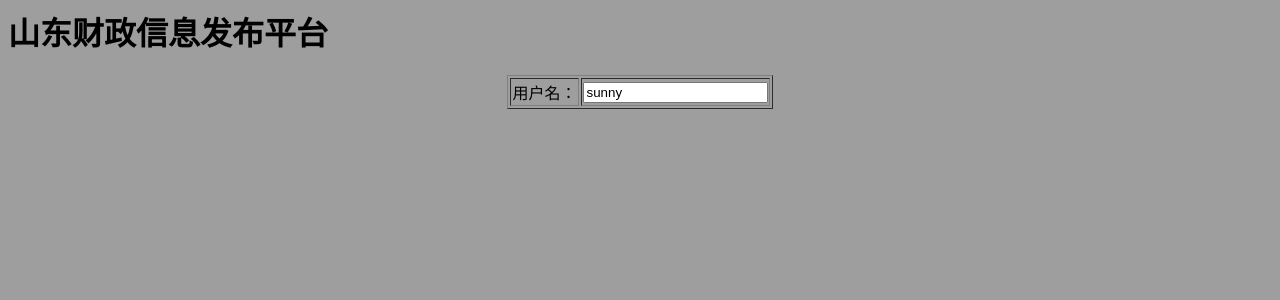
Repository: Fuhai-Chen/javaweb
Page: http://localhost/Chapter_4_example/session/login.jsp
These files come from the project's save history. The page is drawn as it stood at one moment and after the next save; the edit follows.
The browser window is 1280 px wide. The pictures show the whole page.
The page is served by Tomcat 9.

Above is the page before, as saved 2020-09-27 07:01:44.

### Chapter_4_example/WebRoot/session/login.jsp
<%@ page language="java" import="java.util.*" pageEncoding="UTF-8"%>
<%
String path = request.getContextPath();
String basePath = request.getScheme()+"://"+request.getServerName()+":"+request.getServerPort()+path+"/";
%>

<!DOCTYPE HTML PUBLIC "-//W3C//DTD HTML 4.01 Transitional//EN">
<html>
  <head>
    <base href="<%=basePath%>">

    <title>My JSP 'login.jsp' starting page</title>

	<meta http-equiv="pragma" content="no-cache">
	<meta http-equiv="cache-control" content="no-cache">
	<meta http-equiv="expires" content="0">
	<meta http-equiv="keywords" content="keyword1,keyword2,keyword3">
	<meta http-equiv="description" content="This is my page">
	<!--
	<link rel="stylesheet" type="text/css" href="styles.css">
	-->

  </head>
  <%
  	session.setAttribute("username","sunny");
	session.setAttribute("password","123456");
   %>

  <body background="image/bk.jpg">
  	<form action = "ch4/session/loginSuccess.jsp" method = "post">
  		<h1>山东财政信息发布平台</h1>
  		<table border = "1" align = "center">
  			<tr>
  				<td>
  					用户名：
  				</td>
  				<td>
  					<input type = "text" name = "username" value = <%=(String)session.getAttribute("username") %> />
  				</td>


  			</tr>


  		</table>


  	</form>
  </body>
</html>

After the next save:
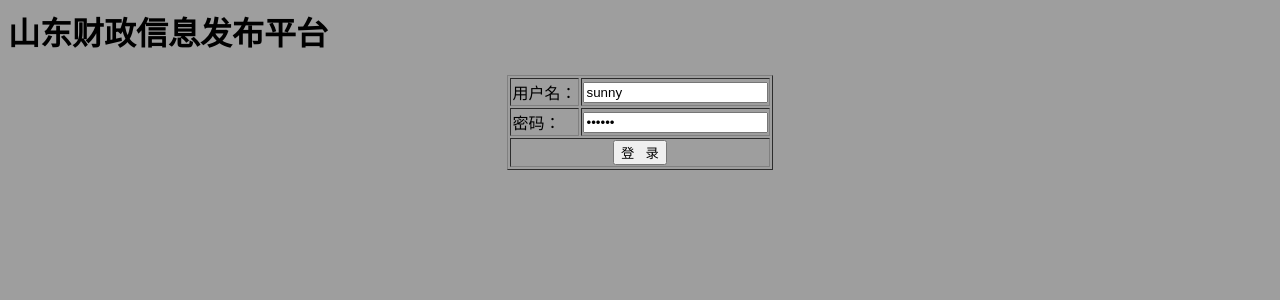
Saved 5 min 3 s later.
--- a/Chapter_4_example/WebRoot/session/login.jsp
+++ b/Chapter_4_example/WebRoot/session/login.jsp
@@ -37,14 +37,21 @@ String basePath = request.getScheme()+"://"+request.getServerName()+":"+request.
   				<td>
   					<input type = "text" name = "username" value = <%=(String)session.getAttribute("username") %> />
   				</td>
-
-
   			</tr>
-
-
+  			<tr>
+  				<td>
+  					密码：
+  				</td>
+  				<td>
+  					<input type = "password" name = "password" value = <%=(String)session.getAttribute("password") %> />
+  				</td>
+  			</tr>
+  			<tr align = "center">
+  				<td colspan = "2">
+  					<input type = "submit" value = "登   录">
+  				</td>
+  			</tr>
   		</table>
-
-
   	</form>
   </body>
 </html>
